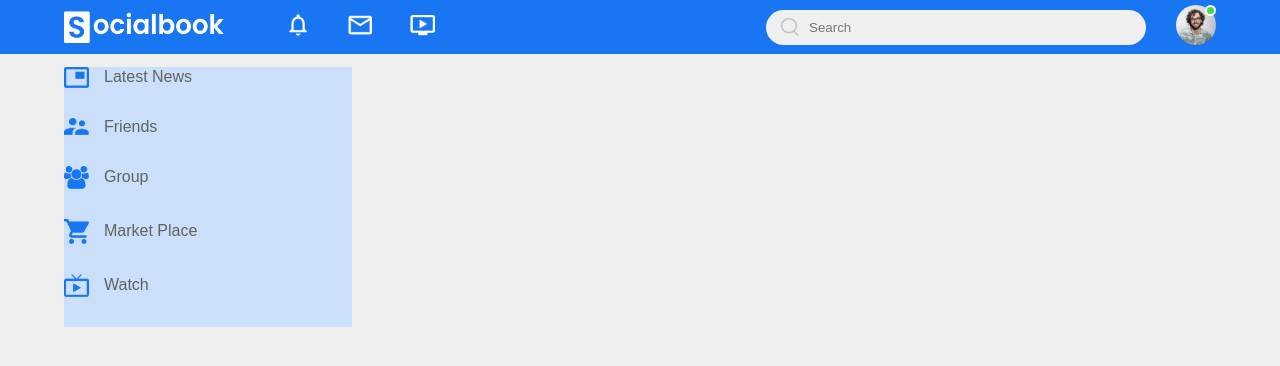
Repository: eeoooo/MINI-PROJECTS-HTML-CSS
Page: 220524-SocialMediaWebsite/index.html
The author's editor kept a copy of each file at every save. The page is drawn from the files as they stood at one save, then again after the next save.
The browser window is 1280 px wide. The pictures show the whole page.

Above is the page before, as saved 2022-05-24 23:34:10.

After the next save:
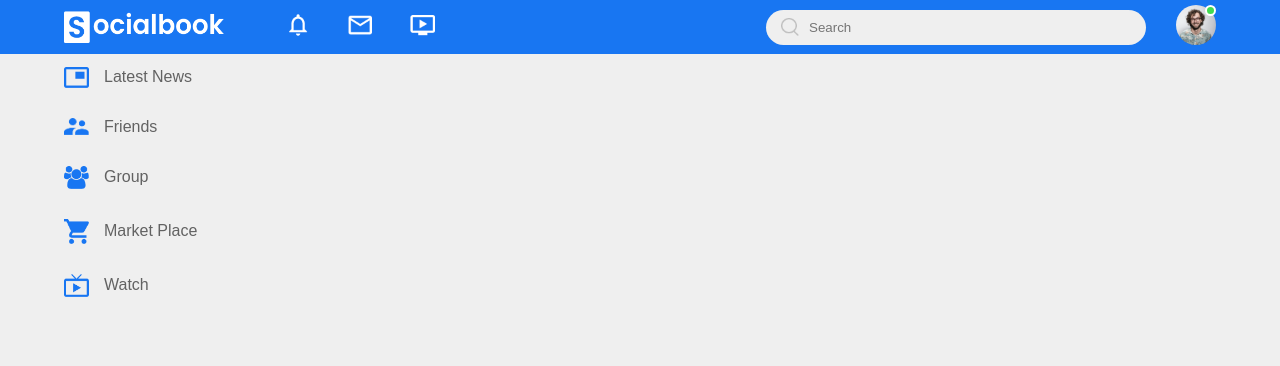
Saved 23 s later.
--- a/220524-SocialMediaWebsite/style.css
+++ b/220524-SocialMediaWebsite/style.css
@@ -79,14 +79,12 @@
   padding: 13px 5%;
 }
 .left-sidebar {
-  background: #cbdffa;
   flex-basis: 25%;
   position: sticky;
   top: 70px;
   align-self: flex-start;
 }
 .right-sidebar {
-  background: #cbdffa;
   flex-basis: 25%;
   position: sticky;
   top: 70px;
